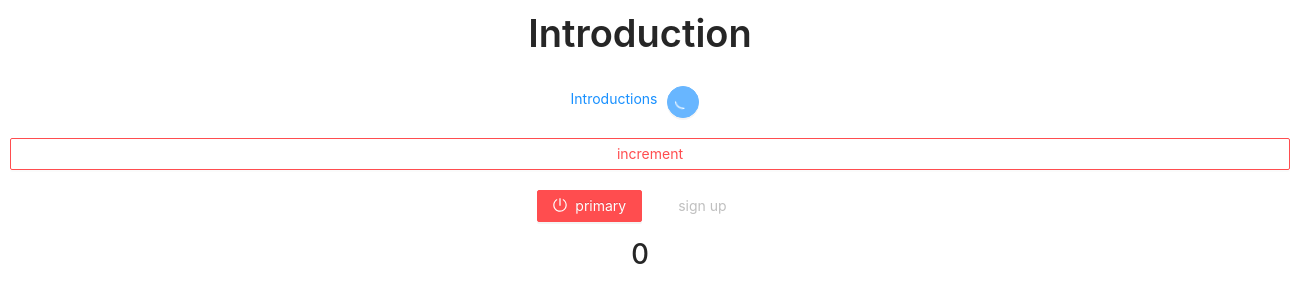
Repository: ErosHai/antd-demo
Page: /
An editor plug-in stored every save of this project. The page is shown before and after the next save, followed by the edit.
The browser window is 1280 px wide. The page is 1300 px wide, so the pictures cover 1300 px, including what lies to the right of the window. The pictures show the whole page.
The project was rebuilt for these pictures with package versions that can differ from the ones it lists, and the page was loaded fresh each time.

Above is the page before, as saved 2022-04-12 15:12:30.

After the next save:
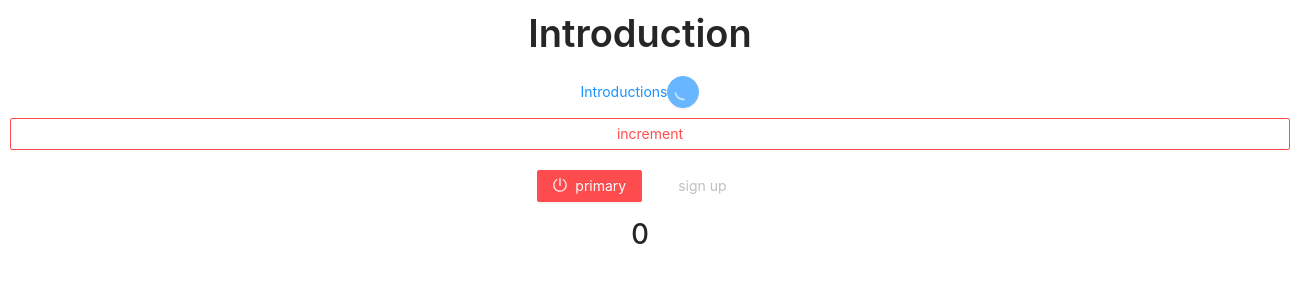
Saved 31 s later.
--- a/src/App.js
+++ b/src/App.js
@@ -16,6 +16,7 @@
 
 			<Tooltip title="search">
 				<Button
+					href="www.baidu.com"
 					type="primary"
 					shape="circle"
 					loading="true"

After the 2 saves that followed:
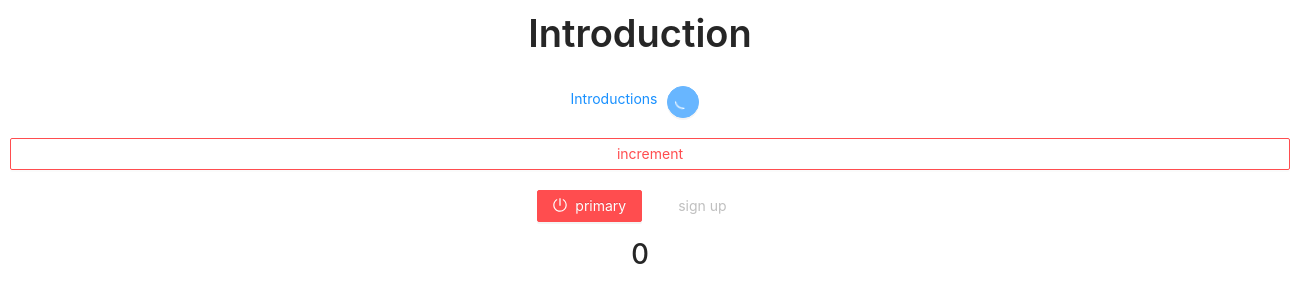
The 2 saves are shown as one change because 1 left the picture as it was.
The last was saved 42 s later.
--- a/src/App.js
+++ b/src/App.js
@@ -16,7 +16,6 @@
 
 			<Tooltip title="search">
 				<Button
-					href="www.baidu.com"
 					type="primary"
 					shape="circle"
 					loading="true"
